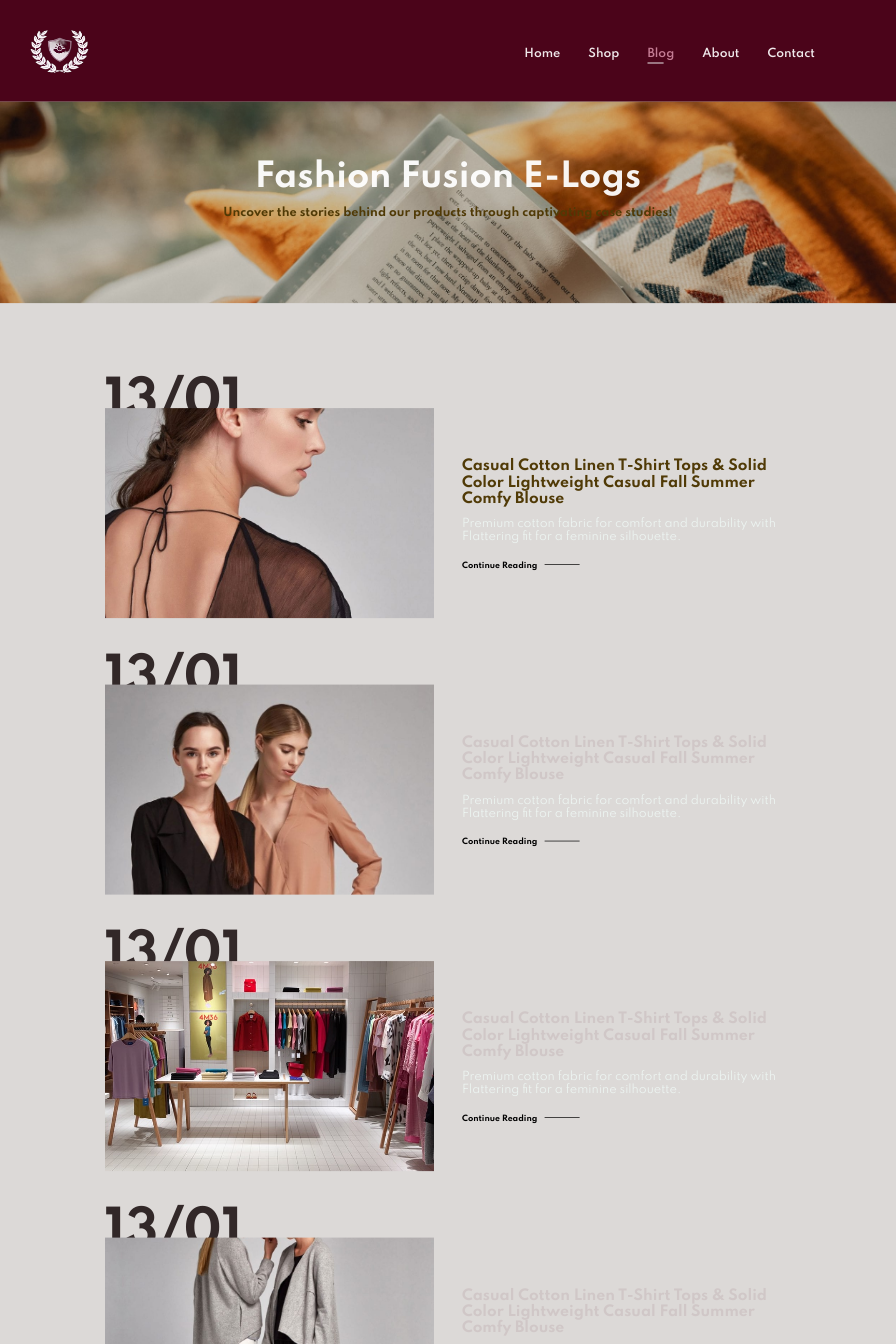
Repository: JhananiNallasamy/ECommerce-website-deployment
Page: blog.html
An editor plug-in stored every save of this project. The page is shown before and after the next save, followed by the edit.
The browser window is 1280 px wide. The pictures show the part of the page from y = 0 to 1920 px (the page is 3598 px tall), at 70% of full size.
Some web libraries are served in a nearby version.

Above is the page before, as saved 2024-05-05 10:34:51.

After the next save:
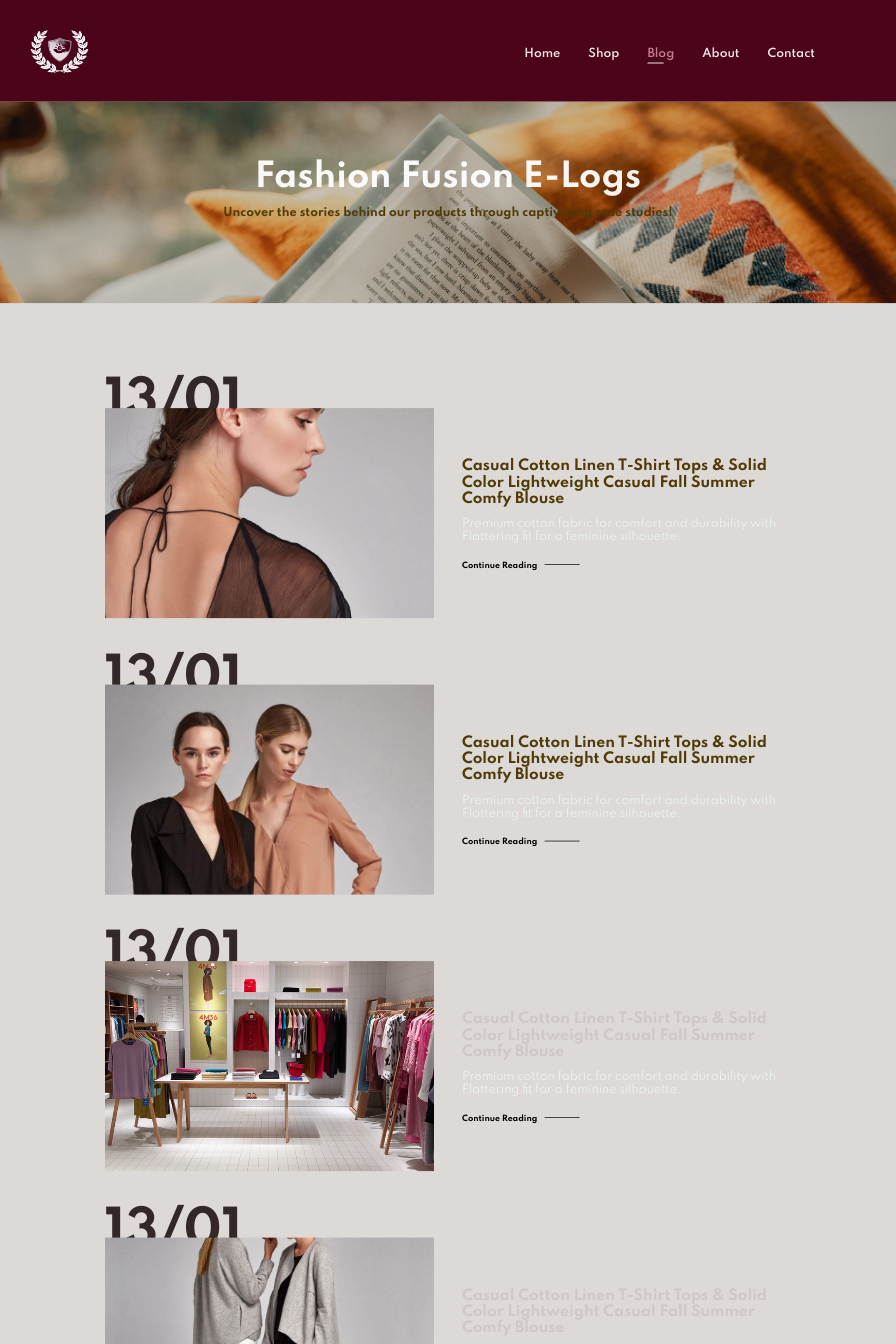
Saved 21 s later.
--- a/blog.html
+++ b/blog.html
@@ -54,7 +54,7 @@
                 <img src="img/blog/b2.jpg" alt="b2 in blog">
             </div>
             <div class="blog-details">
-            <h4> Casual Cotton Linen T-Shirt Tops & Solid Color Lightweight Casual Fall Summer Comfy Blouse </h4>
+            <h4 style="color: #503a06;"> Casual Cotton Linen T-Shirt Tops & Solid Color Lightweight Casual Fall Summer Comfy Blouse </h4>
             <p>Premium cotton fabric for comfort and durability with Flattering fit for a feminine silhouette.</p>
             <a href="#"> Continue Reading </a>
             </div>
